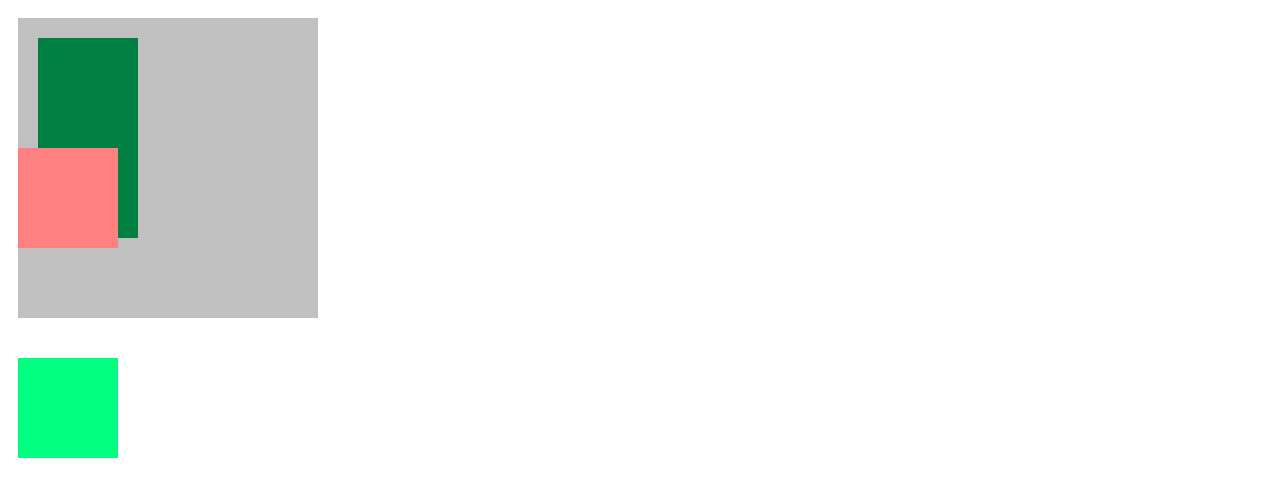
Repository: BaekJiGyeong/JSP_web
Page: http://localhost/Project0303/project2.jsp
An editor plug-in stored every save of this project. The page is shown before and after the next save, followed by the edit.
The browser window is 1280 px wide. The pictures show the whole page.
The page is served by Tomcat 9.

Above is the page before, as saved 2016-03-03 09:21:41.

After the next save:
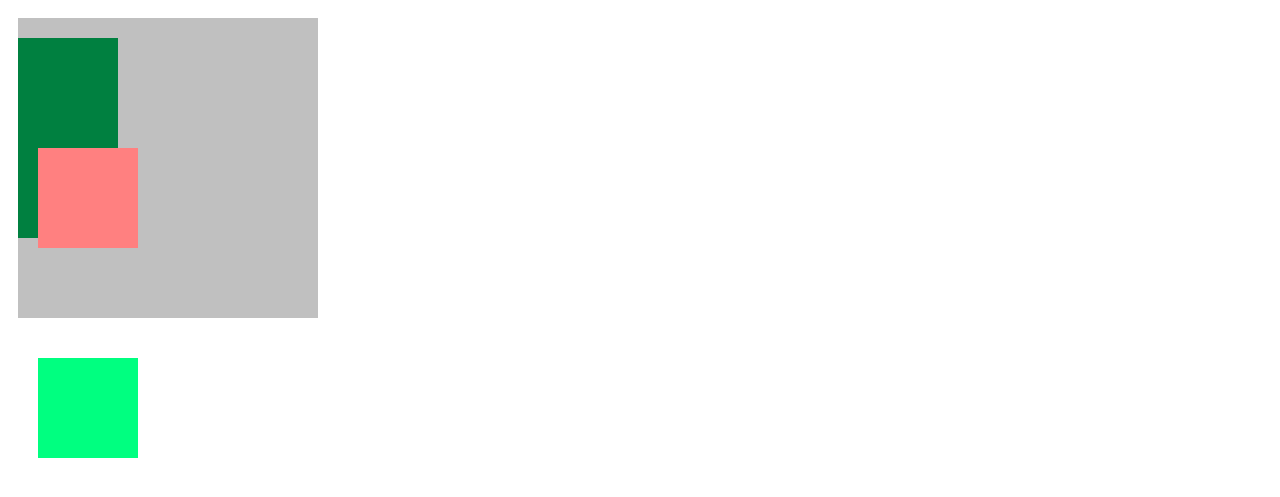
Saved 13 s later.
--- a/Project0303/WebContent/resource/css/project2.css
+++ b/Project0303/WebContent/resource/css/project2.css
@@ -11,7 +11,7 @@ div#wrapper {
 
 }
 div#col1 {
-	float: left;
+	float: right;
 	width: 100%;
 	 height: 100%;
 }
@@ -22,7 +22,7 @@ div#col1row1 {
 	float: left;
 }
 div#col2 {
-	float: right;
+	float: left;
 	width: 100%;
 	 height: 100%;
 }
